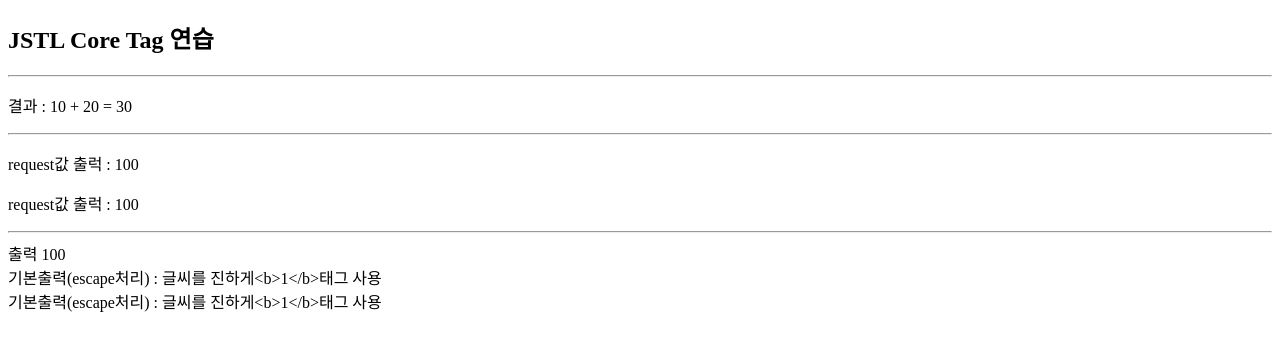
Repository: emthrology/servertest
Page: http://localhost/jspTag/JSTL/jsp_JSTL_Basic1.jsp
An editor plug-in stored every save of this project. The page is shown before and after a run of saves, followed by the edit.
The browser window is 1280 px wide. The pictures show the whole page.
The page is served by Tomcat 9.

Above is the page before, as saved 2019-05-16 04:47:58.

### apache/jspTag/WebContent/JSTL/jsp_JSTL_Basic1.jsp
<%@ page language="java" contentType="text/html; charset=UTF-8"
    pageEncoding="UTF-8"%>
<!DOCTYPE html>
<html>
<head>
<meta charset="UTF-8">
<title>Insert title here</title>
</head>
<body>
	<%@ taglib uri="http://java.sun.com/jsp/jstl/core" prefix="c" %>
	<h2>JSTL Core Tag 연습</h2>
	<hr>
	<c:set var="num1" value="10"/>
	<c:set var="num2" value="20"/>
	<p>결과 : ${num1 } + ${num2 } = ${num1+ num2 } </p>
	<hr>
	<!-- 변수에 스코프 지정 -->
	<c:set var="num" value="100" scope="request"/>
	<c:set var="num" value="100" scope="session"/>
	<p>request값 출럭 : ${requestScope.num }</p>
	<p>request값 출럭 : ${sessionScope.num }</p>

	<c:remove var="num" scope="request"/><!-- scope지정 안하면 다 지워짐 -->
	<hr>
	출력 <c:out value="100"/><br>
	기본출력(escape처리) : <c:out value="글씨를 진하게<b>1</b>태그 사용"/><br>
	기본출력(escape처리) : <c:out value="글씨를 진하게<b>1</b>태그 사용"/><br>

</body>
</html>

After the next 2 saves:
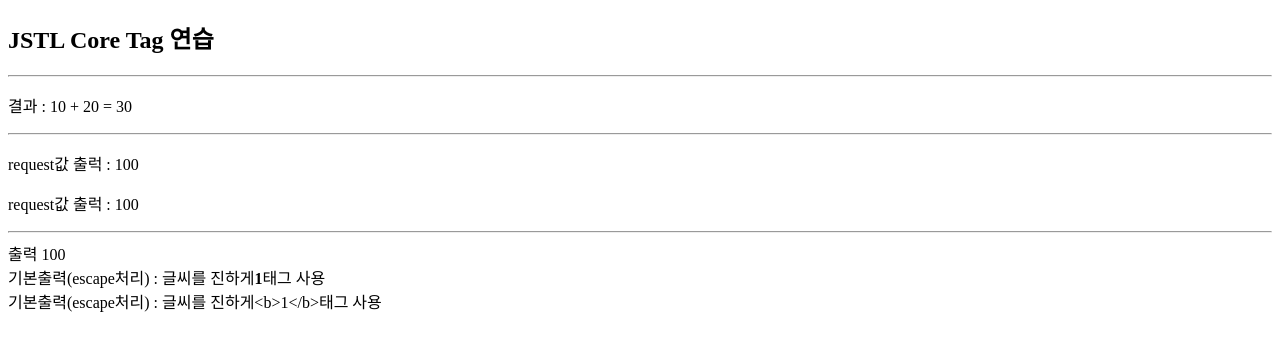
The 2 saves are shown as one change because 1 did not build or start.
The last was saved 60 s later.
--- a/apache/jspTag/WebContent/JSTL/jsp_JSTL_Basic1.jsp
+++ b/apache/jspTag/WebContent/JSTL/jsp_JSTL_Basic1.jsp
@@ -23,8 +23,8 @@
 	<c:remove var="num" scope="request"/><!-- scope지정 안하면 다 지워짐 -->
 	<hr>
 	출력 <c:out value="100"/><br>
-	기본출력(escape처리) : <c:out value="글씨를 진하게<b>1</b>태그 사용"/><br>
-	기본출력(escape처리) : <c:out value="글씨를 진하게<b>1</b>태그 사용"/><br>
+	기본출력(escape처리) : <c:out value="글씨를 진하게<b>1</b>태그 사용" escapeXml="false"/><br>
+	기본출력(escape처리) : <c:out value="글씨를 진하게<b>1</b>태그 사용" escapeXml="true"/><br>
 
 </body>
 </html>
